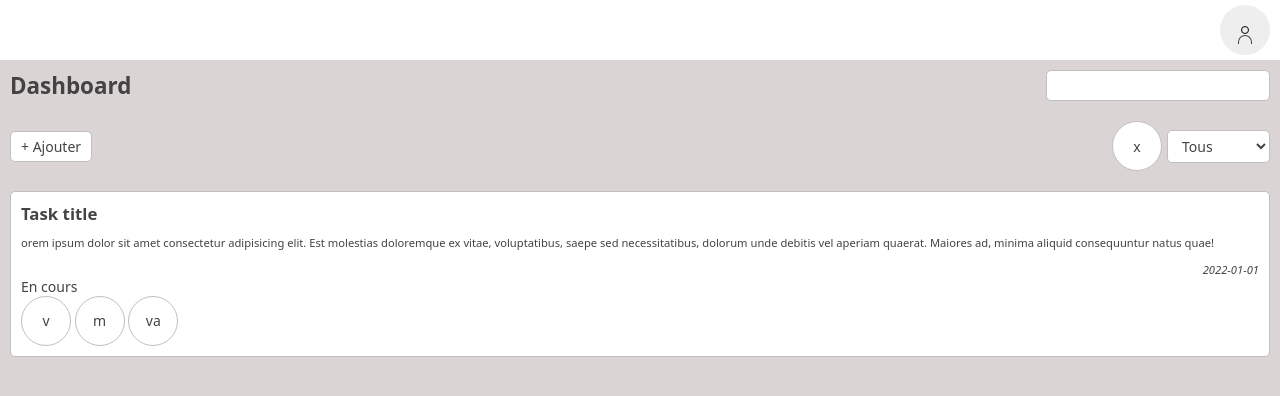
Repository: zpaulange/task_manager
Page: dashboard/index.html
An editor plug-in stored every save of this project. The page is shown before and after a run of saves, followed by the edit.
The browser window is 1280 px wide. The pictures show the whole page.

Above is the page before, as saved 2025-03-06 15:27:23.

### dashboard/index.html
<!DOCTYPE html>
<html lang="en">
<head>
    <meta charset="UTF-8">
    <meta name="viewport" content="width=device-width, initial-scale=1.0">
    <link rel="stylesheet" href="../assets/styles/dashboard/style.css">
    <title>Document</title>
</head>
<body>
  <section class="dashboard">
    <div class="dashboard_right">
      <nav class="dashbaord_nav">
        <a href="#" class="dashbaord_nav_avatar">
          <span></span>
        </a>
      </nav>
      <main class="main">
        <div class="main_header">
          <h1 class="main_header_title">Dashboard</h1>
          <input type="search" name="search" class=" main_header_search">
        </div>
        <div class="main_header_actions">
          <div class="main_header_actions_left">
            <button class="main_header_actions_btn">+ Ajouter</button>
          </div>
          <div class="main_header_actions_right">
            <button class="main_header_actions_right_btnDel rounded-btn del">x</button>
            <select name="filter" class="main_header_actions_right_filter" id="">
              <option value="0">Tous</option>
              <option value="1">En cours</option>
              <option value="2">Annulés</option>
              <option value="3">Terminés</option>
            </select>
          </div>
        </div>
        <section class="main-task">
          <div class="main-task__content">
            <div class="main-task__content-item">
              <div class="main-task__content-item__title">
                Task title
              </div>
              <p class="main-task__content-item__desc">
                orem ipsum dolor sit amet consectetur adipisicing elit. Est molestias doloremque ex vitae, voluptatibus, saepe sed necessitatibus, dolorum unde debitis vel aperiam quaerat. Maiores ad, minima aliquid consequuntur natus quae!
              </p>
              <div class="main-task__content-item__date">
                2022-01-01
              </div>
              <div class="main-task__content-item__actions">
                <span class="main-task__content-item__actions_status">
                  En cours
                </span>
                <div>
                  <button class="rounded-btn">v</button>
                  <button class="rounded-btn">m</button>
                  <button class="rounded-btn">va</button>
                </div>
            </div>
            <!-- <section class="box box-center">
              <h1>Aucune tache disponible...</h1>
            </section> -->
          </div>

        </section>
      </main>
    </div>
  </section>

</body>
</html>

### assets/styles/dashboard/style.css
*{
  margin:0;
  padding:0;
  box-sizing: border-box;
  position:relative;
  font-family: system-ui, sans-serif;
  font-size: 14px;
  color:#434343;
}
body{
  overflow-x: hidden;
}
a{
  text-decoration: none;
}
a:active, a:hover{
  color:#434343;
}
img{
  width: 100%;
  height: auto;
}
ul li{
  list-style: none;
}
input[type="search"],
input[type="text"],
input[type="date"]{
  padding:5px 10px;
  border-radius:5px;
  border:1px solid silver
}
input:focus, select:focus{
  outline: none;
}

.dashboard{
  min-height: 100vh;
  background-color: #dbd4d4;
}

.dashboard_right{
  min-height: 100vh;
}
.dashbaord_nav{
  background-color: #fff;
  padding:5px 10px;
  display: flex;
  align-items:center;
  justify-content: flex-end;
  z-index: 1000;
  position: sticky;
  top:0;
  left:0;
}
.dashbaord_nav_avatar{
  display: flex;
  align-items: center;
  justify-content: center;
  height:50px;
  width: 50px;
  border-radius:50%;
  background-color: #eee;

}
.dashbaord_nav_avatar span{
  display: inline-block;
  height: 8px;
  width: 8px;
  border-radius:50%;
  border:1px solid #000
}
.dashbaord_nav_avatar span:before{
  content:'';
  position: absolute;
  height: 8px;
  width: 12px;
  border:1px solid;
  left:50%;
  transform: translateX(-50%);
  top:8px;
  border-bottom: none;
  border-top-left-radius: 10px;
  border-top-right-radius: 10px;
}

.main{
  padding:10px;
}
.main_header_title{
  font-size: 1.6rem;
}
.box{
  min-height: calc(100vh - 180px);
  background-color: #fff;
  border-radius:5px;
  padding:10px;
  margin-top:20px
}
.box.box-center{
  display: flex;
  align-items:center;
  justify-content: center;
}

.main_header{
  display: flex;
  justify-content: space-between;
  align-items:center;
  margin-bottom:20px;
}
.main_header_actions{
  display: flex;
  justify-content: space-between;
  align-items:center;
}
.main_header_actions_btn{
  padding:5px 10px;
  border-radius:5px;
  border:1px solid silver;
  background-color: #fff;
  cursor: pointer;
  transition: .2s;
}
.main_header_actions_btn:hover{
  background-color:blue;
  color:#fff;
}
.main_header_actions_right{
  display: flex;
  align-items:center;
  gap:5px;
}
.rounded-btn{
  border-radius:50%;
  border:1px solid silver;
  background-color: #fff;
  cursor: pointer;
  transition: .2s;
  cursor:pointer;
  width: 50px;
  height: 50px;
}
.rounded-btn.del:hover{
  background-color:red;
  color:#fff;
}
.main_header_actions_right_filter{
  padding:5px 10px;
  border-radius:5px;
  border:1px solid silver;
  background-color: #fff;
}

.main-task__content{
  margin-top:20px;
}
.main-task__content-item{
  background-color:#fff;
  padding:10px;
  border-radius:5px;
  border:1px solid silver
}
.main-task__content-item__title{
  font-size: 1.2rem;
  font-weight: 600;
}
.main-task__content-item__desc{
  font-size: .8rem;
  line-height: 1.2rem;
  margin-top:10px;
  margin-bottom:10px;
}
.main-task__content-item__date{
  font-size: .8rem;
  text-align: right;
  font-style: italic;
}

After the next 2 saves:
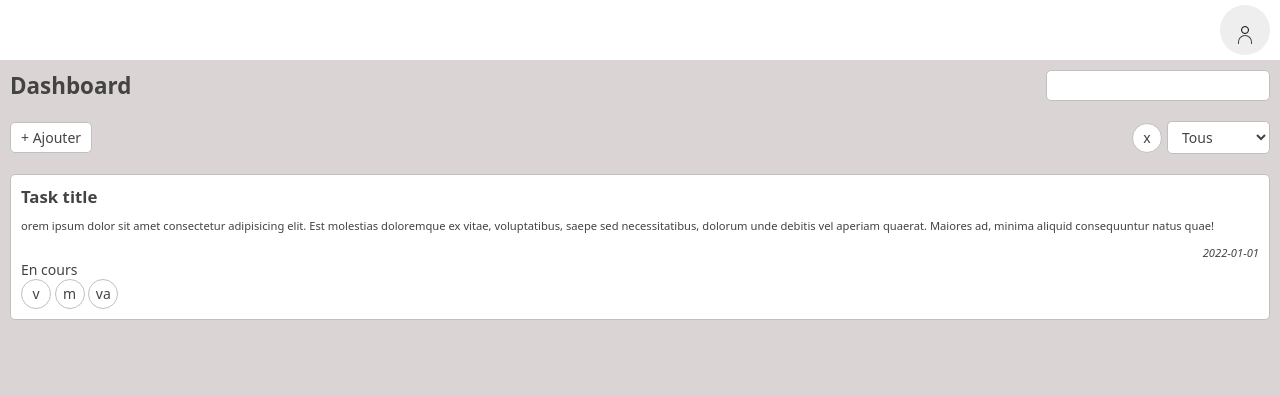
The 2 saves are shown as one change because they came seconds apart.
The last was saved 23 s later.
--- a/assets/styles/dashboard/style.css
+++ b/assets/styles/dashboard/style.css
@@ -138,8 +138,8 @@ input:focus, select:focus{
   cursor: pointer;
   transition: .2s;
   cursor:pointer;
-  width: 50px;
-  height: 50px;
+  width: 30px;
+  height: 30px;
 }
 .rounded-btn.del:hover{
   background-color:red;
